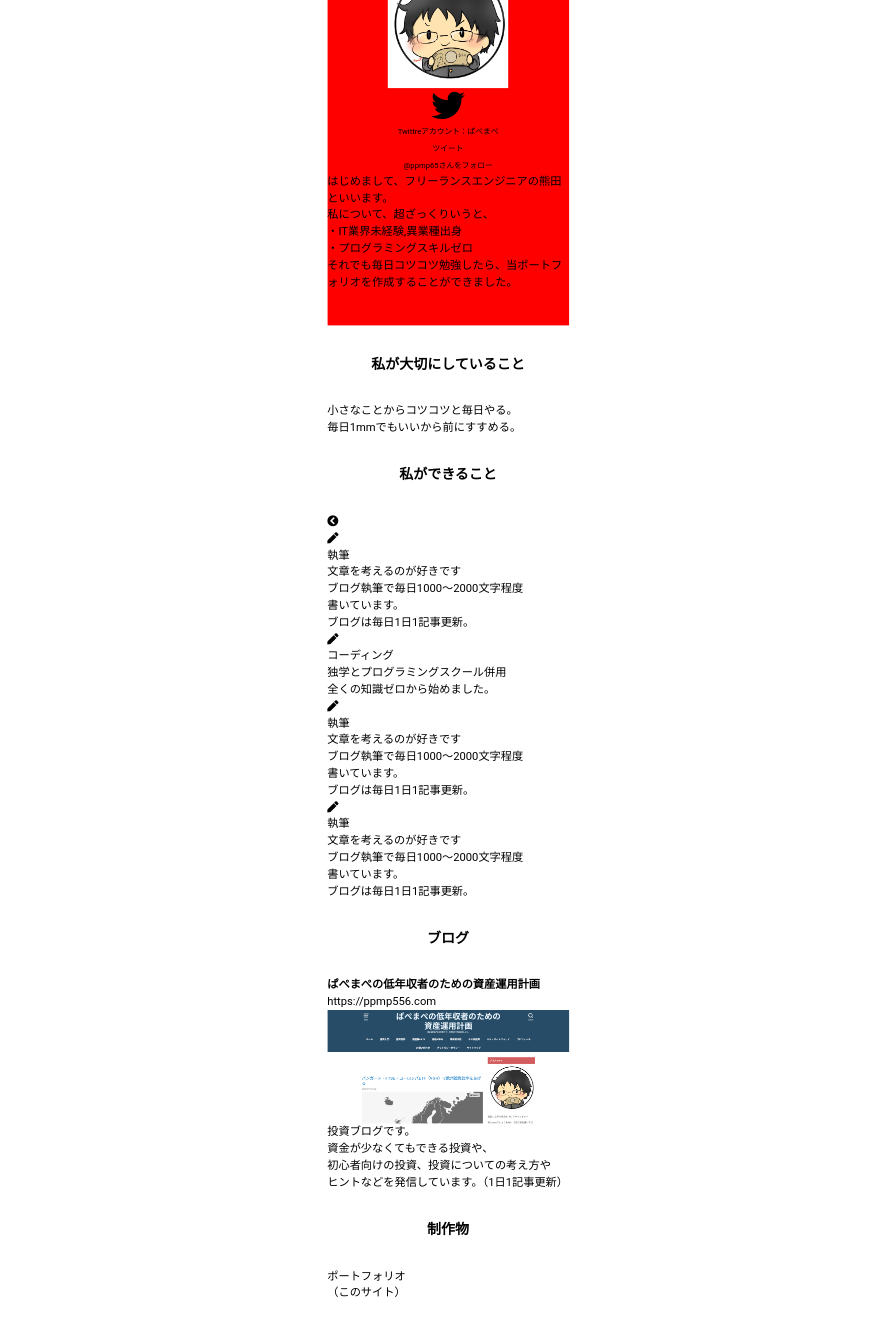
Repository: ppmp556/portfolio6
Page: index copy.html
The author's editor kept a copy of each file at every save. The page is drawn from the files as they stood at one save, then again after the next save.
The browser window is 1280 px wide. The pictures show the part of the page from y = 927 to 2847 px (the page is 2930 px tall before and 2950 px after), at 70% of full size.
Some web libraries are served in a nearby version. The style sheet was rebuilt from its Sass, Less or Tailwind sources for each picture, by a compiler version that may differ from the author's.

Above is the page before, as saved 2020-10-11 19:59:12.
Console error: TypeError: Cannot read properties of null (reading 'addEventListener')

### index copy.html
<!DOCTYPE html>
<html ja>
  <head>
    <meta charset="utf-8" />
    <meta
      name="viewport"
      content="width=device-width, initial-scale=1.0, maximum-scale=1.0, minimum-scale=1.0"
    />
    <title>ポートフォリオ</title>
    <link rel="stylesheet" href="/css/faundation.css" />
    <link rel="stylesheet" href="/css/dist/main.css" />
    <link
      href="https://use.fontawesome.com/releases/v5.6.1/css/all.css"
      rel="stylesheet"
    />
    <script src="https://ajax.googleapis.com/ajax/libs/jquery/3.4.1/jquery.min.js"></script>
  </head>

  <body>
    <div class="container">

      <div class="kv" id="kv">
        <div class="kv_container">
          <img src="/images/3566338_s.jpg" alt="" class="kv_img">
          <!-- <img src="/images/3566338_s.jpg" alt="" class="kv_img"> -->
          <!-- <img src="/images/3566338_s.jpg" alt="" class="kv_img"> -->
          <!-- <img src="/images/3566338_s.jpg" alt="" class="kv_img"> -->
          <p class="kv_animetype">
            ポートフォリオ<span class="anime_line">|</span>
          </p>
        </div><!-- /.kv_container -->
        <!-- /.kv_animetype -->
      </div>
      <!-- /#kv.kv -->

      <header class="header" id="top">
        <div class="header_inner flex">
          <h1 class="header_ttl"><a href="index.html">My Portfolio</a></h1>
          <!-- /.header_ttl -->

          <nav class="nav">
            <!-- ハンバーガーメニュー部分 -->

            <div class="nav_ham" id="nav_toggle">
              <span class="nav_line tg1"></span>
              <span class="nav_line tg2"></span>
              <span class="nav_line tg3"></span>
            </div>
            <!-- ハンバーガーメニューここまで -->

            <ul class="nav_list flex">
              <div class="nav_inner">
                <li class="nav_item">
                  <a href="#Top" class="nav_link">TOP</a>
                </li>
                <!-- /.nav_item -->
                <li class="nav_item">
                  <a href="#about" class="nav_link">Profile</a>
                </li>
                <!-- /.nav_item -->
                <li class="nav_item">
                  <a href="#skill" class="nav_link">Skill</a>
                </li>
                <!-- /.nav_item -->
                <li class="nav_item">
                  <a href="#blog" class="nav_link">Blog</a>
                </li>
                <!-- /.nav_item -->
                <li class="nav_item">
                  <a href="#create" class="nav_link">Create</a>
                </li>
                <!-- /.nav_item -->
              </div><!-- /.nav_inner -->
            </ul>
            <!-- /.nav_list -->
          </nav>
          <!-- /.nav -->
        </div><!-- /.header_inner -->
      </header>
      <!-- /.header -->



      <main class="main_container">
        <div class="inner">

          <section class="about" id="about">
            <h2 class="section_ttl">私について</h2>
            <!-- /.section_ttl -->

            <div class="section_inner">
              <div class="about_left">
                <div class="about_imgbox">
                  <img src="images/アイコン.jpg" alt="" class="about_img">
                  <div class="about_share">
                    <a href="" class="about_share_icon">
                      <i class="fab fa-twitter fa-3x"></i>
                      <p class="about_sharetxt">Twittreアカウント：ぱぺまぺ</p>
                      <!-- /.about_sharetxt --> </a
                    ><!-- /.about_share_icon -->
                      <br>
                    <a
                      href="https://twitter.com/share"
                      class="twitter_share_button"
                      data-via="webgaku"
                      data-lang="ja"
                      >ツイート</a
                    >
                      <br>
                    <a
                      href="https://twitter.com/ppmp65"
                      class="twitter_follow_button"
                      data-show-count="false"
                      data-lang="ja"
                      >@ppmp65さんをフォロー</a
                    >
                  </div>
                  <!-- /.about_share -->
                </div>
                <!-- /.about_imgbox -->
              </div>
              <!-- /.about_left -->

              <div class="about_right">
                <p class="about_txt">
                  はじめまして、フリーランスエンジニアの熊田といいます。<br />
                  私について、超ざっくりいうと、<br />

                  ・IT業界未経験,異業種出身 <br />
                  ・プログラミングスキルゼロ<br />

                  それでも毎日コツコツ勉強したら、当ポートフォリオを作成することができました。
                </p>
                <!-- /.about_txt -->
              </div>
              <!-- /.about_right -->
            </div>
            <!-- /.section_inner -->
          </section>
          <!-- /#about.about -->

          <section class="policy" id="policy">
            <h2 class="section_ttl">私が大切にしていること</h2>
            <!-- /.section_ttl -->

            <div class="policy_animebox">
              <div class="policy_anime">
                <p class="policy_txt">
                  小さなことからコツコツと毎日やる。<br />
                  毎日1mmでもいいから前にすすめる。
                </p>
                <!-- /.policy_txt -->
              </div>
              <!-- /.policy_anime -->
            </div>
            <!-- /.policy_anime -->
          </section>
          <!-- /#policy.policy -->

          <section class="skill" id="skill">
            <div class="scroll_fade_row">
              <h2 class="section_ttl">私ができること</h2>
              <!-- /.section_ttl -->

              <div class="skill_box">
                <div class="skill_content">
                  <div class="slide_btn prev">
                    <i class="fas fa-chevron-circle-left"></i>
                  </div>
                  <!-- /.slide_btn -->

                  <div class="skill_inner">
                    <div class="skill_inbox slide active">
                      <i class="skillIcon fas fa-pen"></i>
                      <p class="skill_inboxttl">執筆</p>
                      <!-- /.skill_inboxttl -->
                      <p class="skill_txt">
                        文章を考えるのが好きです<br />
                        ブログ執筆で毎日1000～2000文字程度<br />
                        書いています。<br />
                        ブログは毎日1日1記事更新。
                      </p>
                      <!-- /.skill_txt -->
                    </div>
                    <!-- /.skill_inbox -->

                    <div class="skill_inbox slide active">
                      <i class="skillIcon fas fa-pen"></i>
                      <p class="skill_inboxttl">コーディング</p>
                      <!-- /.skill_inboxttl -->
                      <p class="skill_txt">
                        独学とプログラミングスクール併用<br />
                        全くの知識ゼロから始めました。<br />
                      </p>
                      <!-- /.skill_txt -->
                    </div>
                    <!-- /.skill_inbox -->

                    <div class="skill_inbox slide active">
                      <i class="skillIcon fas fa-pen"></i>
                      <p class="skill_inboxttl">執筆</p>
                      <!-- /.skill_inboxttl -->
                      <p class="skill_txt">
                        文章を考えるのが好きです<br />
                        ブログ執筆で毎日1000～2000文字程度<br />
                        書いています。<br />
                        ブログは毎日1日1記事更新。
                      </p>
                      <!-- /.skill_txt -->
                    </div>
                    <!-- /.skill_inbox -->

                    <div class="skill_inbox slide active">
                      <i class="skillIcon fas fa-pen"></i>
                      <p class="skill_inboxttl">執筆</p>
                      <!-- /.skill_inboxttl -->
                      <p class="skill_txt">
                        文章を考えるのが好きです<br />
                        ブログ執筆で毎日1000～2000文字程度<br />
                        書いています。<br />
                        ブログは毎日1日1記事更新。
                      </p>
                      <!-- /.skill_txt -->
                    </div>
                    <!-- /.skill_inbox -->
                  </div>
                  <!-- /.skill_inner -->
                </div>
                <!-- /.skill_content -->
              </div>
              <!-- /.skill_box -->
            </div>
            <!-- /.scroll_fade_row -->
          </section>
          <!-- /#skill.skill -->

          <section class="blog" id="blog">
            <div class="scroll_fade_row">
              <h2 class="section_ttl">ブログ</h2>
              <!-- /.section_ttl -->

              <div class="section_inner">
                <h3 class="blog_txt">ぱぺまぺの低年収者のための資産運用計画</h3>
                <!-- /.blog_txt -->

                <div class="blog_imgbox">
                  <a href="https://ppmp556.com"
                    >https://ppmp556.com
                    <img
                      class="blogImg"
                      src="images/invest01.png"
                      alt="ブログ1"
                    />
                  </a>
                </div>
                <!-- /.blog_imgbox -->
                <div class="blog_txtbox">
                  <p class="blog_txt">
                    投資ブログです。<br />
                    資金が少なくてもできる投資や、<br />
                    初心者向けの投資、投資についての考え方や<br />
                    ヒントなどを発信しています。（1日1記事更新）
                  </p>
                  <!-- /.blog_txt -->
                </div>
                <!-- /.blog_txtbox -->
              </div>
              <!-- /.section_inner -->
            </div>
            <!-- /.scroll_fade_row -->
          </section>
          <!-- /#blog.blog -->

          <section class="create" id="create">
            <div class="scroll_fade_row">
              <h2 class="section_ttl">制作物</h2>
              <!-- /.section_ttl -->
              <div class="section_inner">
                <div class="create_imgbox">
                  <p class="create_ttl">ポートフォリオ<br />（このサイト）</p>
                  <!-- /.create_ttl -->

                  <!-- アコーディオンメニュー実装する -->
                </div>
                <!-- /.create_imgbox -->
              </div>
              <!-- /.section_inner -->
            </div>
            <!-- /.scroll_fade_row -->
          </section>
          <!-- /#create.create -->
        </div>
        <!-- /.inner -->
      </main>

      <footer class="footer">
        <ul class="footer_list">
          <li class="footer_nav">
            <a href="" class="footer_link"></a>
          </li>
          <!-- /.footer_nav -->
          <li class="footer_nav">
            <a href="" class="footer_link"></a>
          </li>
          <!-- /.footer_nav -->
          <li class="footer_nav">
            <a href="" class="footer_link"></a>
          </li>
          <!-- /.footer_nav -->
          <li class="footer_nav">
            <a href="" class="footer_link"></a>
          </li>
          <!-- /.footer_nav -->
          <li class="footer_nav">
            <a href="" class="footer_link"></a>
          </li>
          <!-- /.footer_nav -->
        </ul>
        <!-- /.footer_list -->

        <div class="footer_copy">
          <small class="footer_txt">@ copyright</small
          ><!-- /.footer_txt -->
        </div>
        <!-- /.footer_copy -->
      </footer>
      <!-- /.footer -->
    </div>
    <!-- /.container -->

    <!-- <btn id="page-top"><a href="#top">PAGE TOP</a></btn> -->
    <script src="https://code.jquery.com/jquery-3.4.1.js"></script>
    <script src="main.js"></script>
  </body>
</html>

### css/faundation.css
/*
html5doctor.com Reset Stylesheet
v1.6.1
Last Updated: 2010-09-17
Author: Richard Clark - http://richclarkdesign.com
Twitter: @rich_clark
*/

html,
body,
div,
span,
object,
iframe,
h1,
h2,
h3,
h4,
h5,
h6,
p,
blockquote,
pre,
abbr,
address,
cite,
code,
del,
dfn,
em,
img,
ins,
kbd,
q,
samp,
small,
strong,
sub,
sup,
var,
b,
i,
dl,
dt,
dd,
ol,
ul,
li,
fieldset,
form,
label,
legend,
table,
caption,
tbody,
tfoot,
thead,
tr,
th,
td,
article,
aside,
canvas,
details,
figcaption,
figure,
footer,
header,
hgroup,
menu,
nav,
section,
summary,
time,
mark,
audio,
video {
  margin: 0;
  padding: 0;
  border: 0;
  outline: 0;
  font-size: 100%;
  vertical-align: baseline;
  background: transparent;
}

body {
  line-height: 1.5;
}

article,
aside,
details,
figcaption,
figure,
footer,
header,
hgroup,
menu,
nav,
section {
  display: block;
}

nav ul {
  list-style: none;
}

table {
  border-collapse: collapse;
  border-spacing: 0;
}


a {
  color: inherit;
  text-decoration: none;
}


img {
  width: 100%;

  /*画像がはみでるのを防ぐ　max-width*/
  max-width: 100%;
  height: auto;

  vertical-align: bottom;
}

/* h1,h2,h3,h4,h5,h6 { */
/* font-weight: bold; */
/* } */

### main.js
$(() => {
    $('#nav_toggle').click(() => {
        $(".nav_line").toggleClass('clicked');
        $(".header").toggleClass('clicked');
        $(".header_inner").toggleClass('clicked');
        $(".nav_ham").toggleClass('clicked');
        $(".nav_list").toggleClass('clicked');
    });
});










const body = document.body;

const toggler = document.getElementById('navToggler');
//#navToggleを取得し、togglerに格納

const navList = document.getElementById('js-nav');
const navList2 = document.getElementById('js-nav2');


toggler.addEventListener('click', function() {
    //togglerクリックされたら、
    body.classList.toggle('clicked');

});
navList.addEventListener('click', function(){


    body.classList.remove('clicked');
});
navList2.addEventListener('click', function(){


    body.classList.remove('clicked');
});
//ナビクリックでスムーズ移動
$(function(){
    $('a[href^="#"]').click(function(){
      //スクロールのスピード
      var speed = 500;
      //リンク元を取得
      var href= $(this).attr("href");
      //リンク先を取得
      var target = $(href == "#" || href == "" ? 'html' : href);
      //リンク先までの距離を取得
      var position = target.offset().top;
      //スムーススクロール
      $("html, body").animate({scrollTop:position}, speed, "swing");
      return false;
    });
  });




$(function(){

    var effect_btm = 500; // 画面下からどの位置でフェードさせるか(px)
    var effect_move = 100; // どのぐらい要素を動かすか(px)
    var effect_time = 3000; // エフェクトの時間(ms) 1秒なら1000


   //親要素と子要素のcssを定義
   $('.scroll-fade-row').css({
    opacity: 0
  });
  $('.scroll-fade-row').children().each(function(){
    $(this).css({
        opacity: 0,
        transform: 'translateY('+ effect_move +'px)',
        transition: effect_time + 'ms'
    });
  });

  $(window).on('load scroll', function() {
      var obj = $('.boxAnime');

      obj.each(function() {
          var isPlay = 'isPlay';
          var objOffset = $(this).offset().top;
          var scrollPos = $(window).scrollTop();
          var wh = $(window).height();

          if(scrollPos > objOffset - wh +(wh / 4)) {
              $(this).addClass(isPlay);
          }
      });
  });

  $(function() {
    $('.js-modal-open').on('click', function() {
        $('.js-modal').fadeIn();
        return false;
    });
    $('.js-modal-close').on('click', function() {
        $('.js-modal').fadeOut();
        return false;
    });

});


  // スクロールまたはロードするたびに実行
  $(window).on('scroll load', function(){
    var scroll_top = $(this).scrollTop();
    var scroll_btm = scroll_top + $(this).height();
    var effect_pos = scroll_btm - effect_btm;

    //エフェクトが発動したとき、子要素をずらしてフェードさせる
    $('.scroll-fade-row').each( function() {
        var this_pos = $(this).offset().top;
        if ( effect_pos > this_pos ) {
            $(this).css({
                opacity: 1,
                transform: 'translateY(0)'
            });
            $(this).children().each(function(i){
                $(this).delay(100 + i*200).queue(function(){
                    $(this).css({
                        opacity: 1,
                        transform: 'translateY(0)'
                    }).dequeue();
                });
            });
        };
    });
  });
})

$(document).ready(function(){
    function toggleChange() {
        var slideIndex = $('.slide').index($('.active'));
        $('.button').show();
        if(slideIndex == 0) {
            $('.prev').hide();
        }else if (slideIndex == $('.slide').length - 1) {
            $('.next').hide();
        }
    }
    toggleChange();

    $('.next').click(function() {
        var $displaySlide = $('.active');
        $displaySlide.removeClass('active');
        $displaySlide.next().addClass('active');
        toggleChange();
    });
    $('.prev').click(function() {
        var $displaySlide = $('.active');
        $displaySlide.removeClass('active');
        $displaySlide.prev().addClass('active');
        toggleChange();
    });


});

### css/main.scss
@charset 'utf-8';

/****************************************:

全体のスタイル

*****************************************:*/


$cWhite: #ffffff;
$cOcher: #c1a250;
$cBlack: #333;
$cGray: rgb(139, 137, 137);
$cBgColor: #eaebed;


$widthPc: 1024px;
$widthTab: 764px;
$widthSp: 480px;

@mixin fontsize($cFontSz: 3.6rem) {
    font-size: $cFontSz;
    color: $cWhite;
}





@mixin pc {
    @media screen and (min-width: $widthPc) {
        @content;
    }
}


@mixin tab {
    @media screen and (min-width: $widthTab) and (max-width: $widthPc) {
        @content;
    }
}



html {
    // ルートのフォントサイズ 10pxに設定
    font-size: 62.5%;
}

body {
    // デフォルトのフォントサイズ 16pxと同等のサイズに設定
    font-size: 1.6em;
    font-size: 16px;
    width: 375px;
    margin: 0 auto;
    font-family: "Roboto", sans-serif, "Noto Sans";
}


* {
    box-sizing: border-box;
}


.overall {
    font-family: "Yu Gothic", YuGothic, "Hiragino Kaku Gothic Pro", "YuGothic",
        "Meiryo", verdana, "Osaka", "MS PGothic", Sans-Serif, "Yu Mincho",
        YuMincho, "MS P Mincho", serif;

    background-color: $cBgColor;
}

.container {
    width: 100%;
    margin: 0 auto;
    // color: $cWhite;
    position: relative;
    overflow: hidden;
}



.mock {
    /* モック画像 */
    position: absolute;
    top: 0;
    left: 0;
    right: 0;
    margin: 0 auto;
    width: 375px;
    opacity: 0.3;

    /* 反転 */
    filter: hue-rotate(180deg);

    /* テキストを掴まないように */
    pointer-events: none;

    z-index: 999;
}



.flex {
    display: flex;
    justify-content: space-between;
}

.inner {
    margin: 0 auto;
    padding: 0 15px;
}

.section_ttl {
    display: block;
    text-align: center;
    margin: 40px 0;
    font-size: 2rem;
}

/****************************************:

kv

*****************************************:*/

.kv {
    position: relative;


    &_container {
        height: 100vh;

    }

    &_img {
        width: 100%;
        height: 100%;
        display: block;
    }

    &_animetype {
        position: absolute;
        top: 50%;
        left: 50%;
        transform: translate(-50%, -50%);
        color: $cWhite;
    }
}




/****************************************:

header

*****************************************:*/

.header {
    position: absolute;
    top: 0;
    left: 0;
    width: 100%;
    background-color: $cBlack;
    opacity: 0.8;
    padding: 0 20px;
    line-height: 50px;
    color: $cWhite;
    z-index: 99;

    &.clicked {
        background-color: transparent;
    }

    &_inner.clicked {
        width: 85%;
        padding: 0 20px;
        margin-left: 35%;
        background-color: red;
        transition: .3s;
    }
}









/****************************************:

nav

*****************************************:*/

.nav {
    position: relative;



    &_list {
        position: absolute;
        right: -1000px;
        // right: -5vw;
        display: flex;
        flex-direction: column;

        &.clicked {
            right: -5vw;
            transition: .6s;
        }
    }

    &_inner {
        background-color: red;
        height: 88.9vh;
        width: 60.1vw;
        margin-top: 17%;

    }

    // ハンバーガーメニュー
    &_ham {
        cursor: pointer;
        position: absolute;
        top: 50%;
        right: 0;
        transform: translateY(-50%);
        // background-color: #ffffff;
        width: 25px;
        height: 25px;
        z-index: 100;

        &.clicked {
            right: 40px;
        }
    }

    &_line {
        position: absolute;
        width: 100%;
        height: 2px;
        background-color: $cWhite;

        &:nth-child(1) {
            top: 0px;
            // left: -5px;

        }

        &:nth-child(2) {
            top: 8px;
            // left: 5px;
        }

        &:nth-child(3) {
            top: 16px;
            /* left: -5px; */
        }

        &.clicked:nth-child(1) {
            transform: translateY(12px) rotate(-315deg);
            transition: .5s;

        }
        &.clicked:nth-child(2) {
            left: 0;
            transition: .9s;
            opacity: 0;

        }
        &.clicked:nth-child(3) {
            transform: translateY(-4px) rotate(315deg);
            transition: .5s;

        }




    }

    &_item {
        text-align: center;
    }


}




/****************************************:

about

*****************************************:*/

.about {
    padding: 50px 0;
    background-color: red;

    &_imgbox {
        width: 50%;
        margin: 0 auto;
    }

    &_img {
        display: block;
        width: 100%;
        height: 100%;
    }

    &_share {
        text-align: center;

        &_icon {
            width: 100%;
        }
    }
    &_sharetxt {
        display: inline-block;
        font-size: 1.1rem;
    }
}

.twitter {

    &_share_button {
        font-size: 1.1rem;
    }

    &_follow_button {
        font-size: 1.1rem;
    }
}

.fa-twitter {
    font-size: 2rem;
}

After the next save:
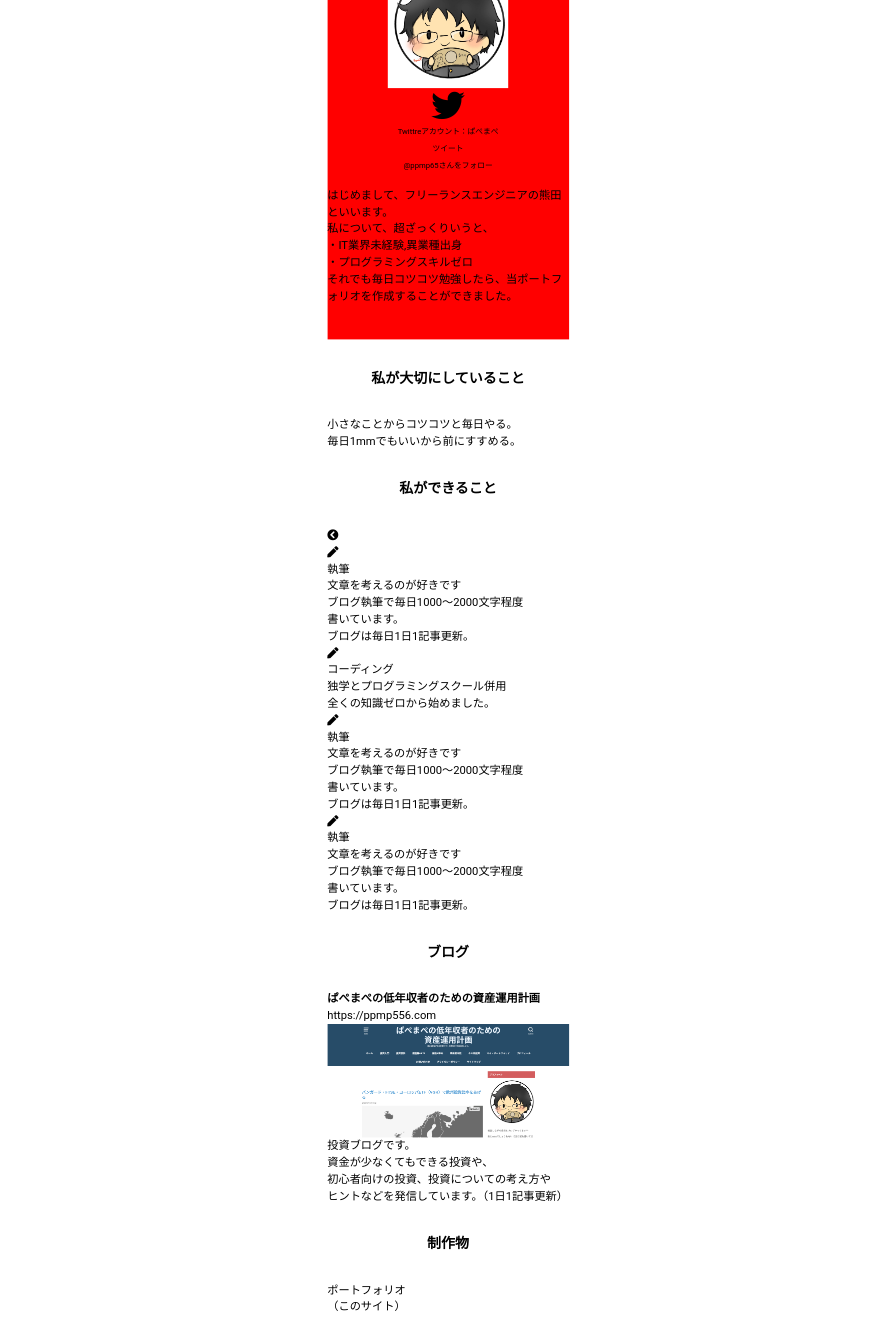
Saved 52 s later.
--- a/css/main.scss
+++ b/css/main.scss
@@ -325,6 +325,10 @@ about
         display: inline-block;
         font-size: 1.1rem;
     }
+
+    &_left {
+        margin: 20px 0;
+    }
 }
 
 .twitter {
